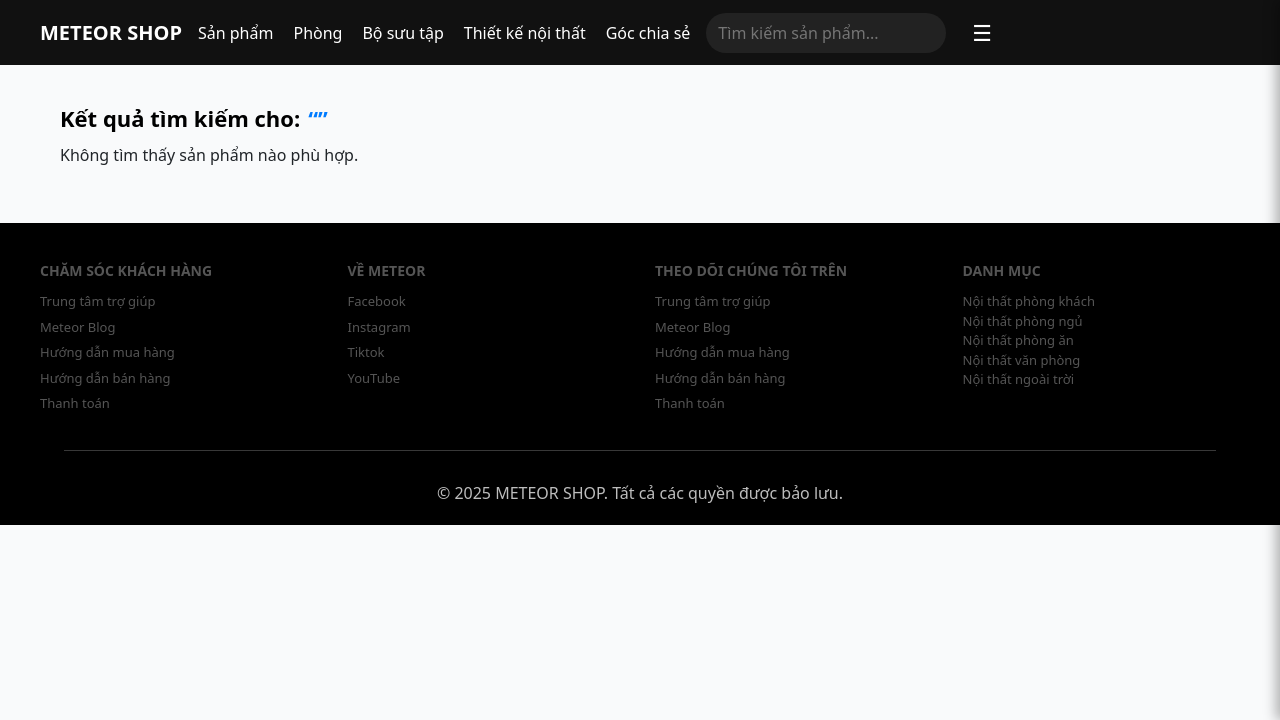
Repository: viethoa0411/Meteor-Shop
Page: http://localhost/search
The author's editor kept a copy of each file at every save. The page is drawn from the files as they stood at one save, then again after the next save.
The browser window is 1280 px wide. The pictures show the whole page.
The page is served by the project's Laravel application, run on PHP 8.4 with Laravel 12. The database holds what the project's SQL file puts in it.

Above is the page before, as saved 2025-11-09 19:28:03.

After the next save:
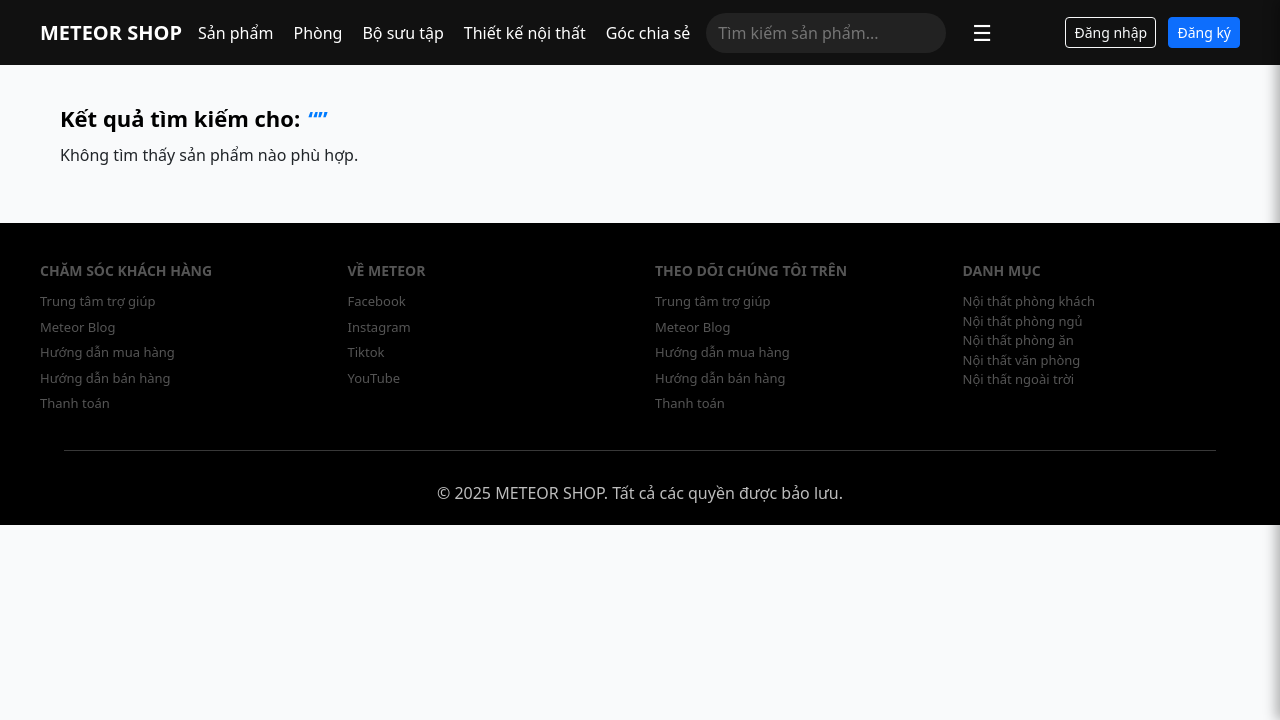
Saved 28 s later.
--- a/resources/views/client/layouts/app.blade.php
+++ b/resources/views/client/layouts/app.blade.php
@@ -344,7 +344,18 @@
             <!-- Icon menu dọc -->
             <div class="menu-toggle">☰</div>
             <div class="ms-auto">
-
+                 @auth
+        <div class="d-flex align-items-center gap-3">
+          <span class="text-white">Xin chào, {{ Auth::user()->name }}</span>
+          <form action="{{ route('logout') }}" method="POST" class="d-inline">
+            @csrf
+            <button class="btn btn-outline-light btn-sm" type="submit">Đăng xuất</button>
+          </form>
+        </div>
+      @else
+        <a class="btn btn-outline-light btn-sm" href="{{ route('login') }}">Đăng nhập</a>
+        <a class="btn btn-primary btn-sm ms-2" href="{{ route('register') }}">Đăng ký</a>
+      @endauth
             </div>
         </div>
 
